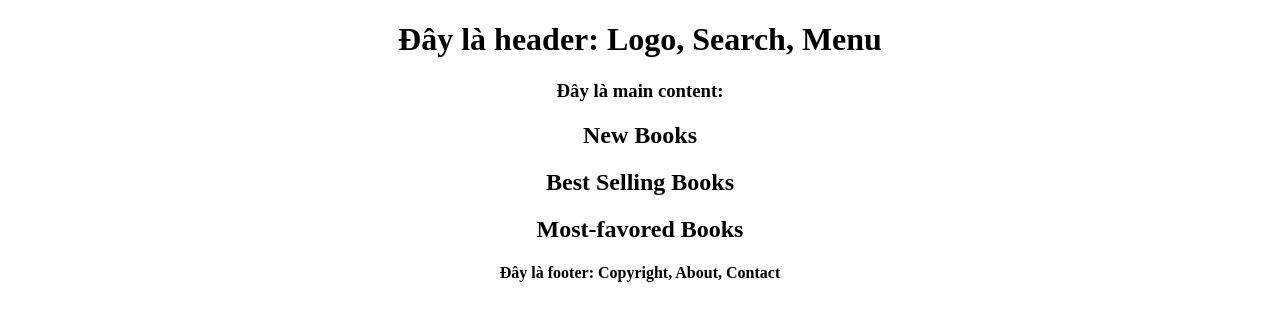
Repository: tranky1992/tranky1992.github.io
Page: http://localhost/BookStoreWebsite/frontend/login.jsp
These files come from the project's save history. The page is drawn as it stood at one moment and after the next save; the edit follows.
The browser window is 1280 px wide. The pictures show the whole page.
The page is served by Tomcat 9. Other server files are loaded and not shown.

Above is the page before, as saved 2020-10-01 09:10:14.

### BookStoreWebsite/WebContent/frontend/login.jsp
<%@ page language="java" contentType="text/html; charset=UTF-8" pageEncoding="UTF-8"%>
<!DOCTYPE html PUBLIC "-//W3C//DTD HTML 4.01 Transitional//EN" "http://www.w3.org/TR/html4/loose.dtd">
<html>
<head>
<meta http-equiv="Content-Type" content="text/html; charset=UTF-8">
<title>STB Books - Online Books Store	</title>
</head>
<body>
	<div align="center">
		<h1>Đây là header: Logo, Search, Menu</h1>
	</div>
	<div align="center">
		<h3>Đây là main content: </h3>
		<h2>New Books</h2>
		<h2>Best Selling Books</h2>
		<h2>Most-favored Books</h2>
	</div>
	<div align="center">
		<h4>
			Đây là footer: Copyright, About, Contact
		</h4>
	</div>
</body>
</html>

After the next save:
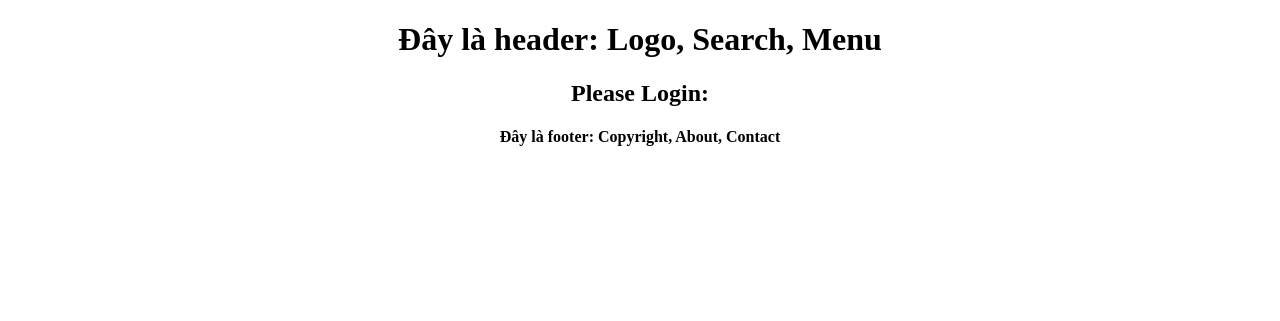
Saved 2 min 24 s later.
--- a/BookStoreWebsite/WebContent/frontend/login.jsp
+++ b/BookStoreWebsite/WebContent/frontend/login.jsp
@@ -3,17 +3,15 @@
 <html>
 <head>
 <meta http-equiv="Content-Type" content="text/html; charset=UTF-8">
-<title>STB Books - Online Books Store	</title>
+<title>Login</title>
 </head>
 <body>
 	<div align="center">
 		<h1>Đây là header: Logo, Search, Menu</h1>
 	</div>
 	<div align="center">
-		<h3>Đây là main content: </h3>
-		<h2>New Books</h2>
-		<h2>Best Selling Books</h2>
-		<h2>Most-favored Books</h2>
+		<h2>Please Login: </h2>
+
 	</div>
 	<div align="center">
 		<h4>
